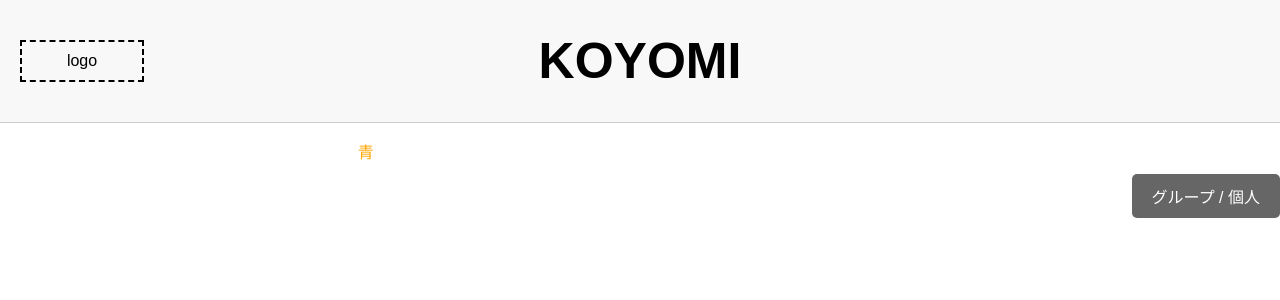
Repository: teramu0602/koyomi
Page: http://localhost/grouplist
The author's editor kept a copy of each file at every save. The page is drawn from the files as they stood at one save, then again after the next save.
The browser window is 1280 px wide. The pictures show the whole page.
Some web fonts or font styles are not loaded; a fallback is used. The page is served by the project's Laravel application, run on PHP 8.4 with Laravel 9. Other server files are loaded and not shown. Style sheets and scripts are compiled from the project's sources, by tool versions that may differ from the author's.

Above is the page before, as saved 2025-02-22 09:47:24.

### routes/web.php
<?php

use Illuminate\Support\Facades\Route;
use App\Http\Controllers\CalendarController;
use App\Http\Controllers\PostController;
use App\Http\Controllers\Auth\LoginController;



/*
|--------------------------------------------------------------------------
| Web Routes
|--------------------------------------------------------------------------
|
| Here is where you can register web routes for your application. These
| routes are loaded by the RouteServiceProvider within a group which
| contains the "web" middleware group. Now create something great!
|
*/

Route::get('/', function () {
    return view('welcome');
});

Route::get('/admin', function () {
    return view('layouts/admin');
});

Route::get('/admin/home', function () {
    return view('calender/home');
});

Route::get('/custom-login', [LoginController::class, 'showLoginForm'])->name('custom.login');
Route::post('/custom-login', [LoginController::class, 'login'])->name('custom.login.submit');
Route::get('/custom-login', function () {
    return view('admin/login');
});

Route::get('/signup', function () {
    return view('admin/signup');
});
Auth::routes();

Route::get('/home', [App\Http\Controllers\HomeController::class, 'index'])->name('home');



Route::get('/calendar', function () {
    return view('calender/calendar');
})->name('calendar');

Route::get('/calendar/{year}/{month}', [CalendarController::class, 'show'])->name('calendar.show');
Route::get('/admin/home/{year}/{month}', [CalendarController::class, 'showAdmin'])->name('calendar.admin.show');

Route::get('/admin/home', [CalendarController::class, 'index']);

Route::get('/grouplist', function () {
    return view('admin/group_list');
});

### resources/views/admin/group_list.blade.php
@extends('layouts.admin_calender')
<head>
<link href="{{ asset('css/common.admin.css') }}" rel="stylesheet">
</head>

@section('content')
<div class = "container">
<button class="switch_button" onclick="toggleMode()">グループ / 個人</button>
</div>
<p class = "purple">青</p>
@endsection

### resources/views/layouts/admin_calender.blade.php
<!DOCTYPE html>
<html lang="{{ app()->getLocale() }}">
    <head>
        <meta charset="utf-8">
        <meta http-equiv="X-UA-Compatible" content="IE=edge">
        <meta name="viewport" content="width=device-width, initial-scale=1">
        <meta name="csrf-token" content="{{ csrf_token() }}">

        <title>@yield('title')</title>

        <script src="{{ asset('js/app.js') }}" defer></script>

        <link rel="dns-prefetch" href="https://fonts.gstatic.com">
        <link href="https://fonts.googleapis.com/css?family=Raleway:300,400,600" rel="stylesheet" type="text/css">

        <link href="{{ asset('css/admin.css') }}" rel="stylesheet">


    </head>

   <header>
        <div class="logo">logo</div>
        <h1 class="service-name">KOYOMI</h1>
        @yield('drop_menu')
    </header>

    <main>
    @yield('content')
    </main>
    <body>
    </body>

</html>

### public/css/common.admin.css
html, body {
    width: 100%;
    margin: 0; /* 不要なマージンを削除 */
    padding: 0; /* 不要なパディングを削除 */
}

button {
    background-color: #666;
    color: white;
    border: none;
    border-radius: 5px;
    cursor: pointer;
    margin-top: 35px;
    font-size: 16px;
    display: flex ;
    justify-content: flex-end ;
    color: red;
  }
button {
    color: red;
    background-color: aquamarine;


}
.purple {
    color: orange;
}

.switch_button{
    display: flex ;
    justify-content: flex-end ;
    float: right;

}
.container {

}

### resources/sass/admin.scss
@charset "UTF-8";
body {
  font-family: Arial, sans-serif;
  text-align: center;
  margin: 0;
  padding: 0;
}

header {
  display: flex;
  justify-content: center;
  align-items: center;
  width: 100%;

  padding: 40px 0px 40px 0px;
  background-color: #f8f8f8;
  border-bottom: 1px solid #ccc;
}

.logo {
  border: 2px dashed black;
  padding: 10px;
  width: 100px;
  text-align: center;
  margin-right: auto;
  margin-left: 20px;
}

.service-name {
  font-size: 50px;
  position: absolute; /* ページ全体に対して中央配置 */
  left: 50%;
  transform: translateX(-50%); /* 画面の中央に配置 */
  text-align: center; /* 中央揃え */
}

main {
  margin-top: 0px;
  background: linear-gradient(to bottom, orange 0%, white 0%);
}

h2 {
  font-size: 22px;
  margin-bottom: 50px;
}

form {
  display: flex;
  flex-direction: column;
  align-items: center;
  gap: 10px;
}

label {
  font-weight: bold;
}

input {
  width: 300px;
  padding: 8px;
  border: 1px solid #ccc;
  border-radius: 4px;
}

button {
  background-color: #666;
  color: white;
  padding: 10px 20px;
  border: none;
  border-radius: 5px;
  cursor: pointer;
  margin-top: 35px;
  font-size: 16px;
}

button:hover {
  background-color: #444;
}

.login-link {
  margin-top: 40px;
  font-size: 14px;
  color: #555;
}

.checkbox {
  margin: 30px;
  display: flex; /* 横並びにする */
  align-items: center;
  margin-right: 170px;
}

.checkbox input[type=checkbox] {
  margin-right: 10px; /* チェックボックスとテキストの間隔 */
}

.remember {
  font-size: 14px;
}

input#remember {
  width: 10px; /* 幅を300pxに設定 */
  height: 20px; /* 高さを13pxに設定 */
}

.checkbox label {
  font-weight: normal;
}

table {
  width: 100%;
  border-collapse: collapse;
}

td {
  border: 1px solid grey;
  text-align: left; /* 左揃え */
  vertical-align: top; /* 上揃え */

  padding: 0px 0px 150px 0px;

}

th {
  background: white;
  text-align: center;
  padding: 10px;
}

.sunday {
  background: pink;
  color: red;
}

.red {
  color: red;
}

.saturday {
  background: pink;
  color: blue;
}

.blue{
  color: blue;
}

.next-month {
  background: #ccc;
  color: #666;
}

.month_toggle {
  text-decoration: none;
  color: black;
}

.nav-item {
  list-style: none;
  margin-right: 20px;
}

.pink {
  color: pink;
  background-color: purple;
}
.prev-month, .next-month {
  background: #ccc;
  color: #666;
}

.switch {
  background-color: orange;
  padding: 0px 0px 35px 0px;
  font-size: 20px;
}

.who {
  background-color: palegoldenrod;
  font-size: 20px;
  margin-right: 400px;
}

.switch_button{
  margin-left: 400px;
}

table {
  width: 80%; /* テーブルの幅を90%に設定 */
  margin-left: auto; /* 左側の空白 */
  margin-right: auto; /* 右側の空白 */
  margin-bottom: 50px;
}

Loaded but not shown: app/Http/Controllers/Auth/ConfirmPasswordController.php (common file); app/Http/Controllers/Controller.php (common file)

After the next save:
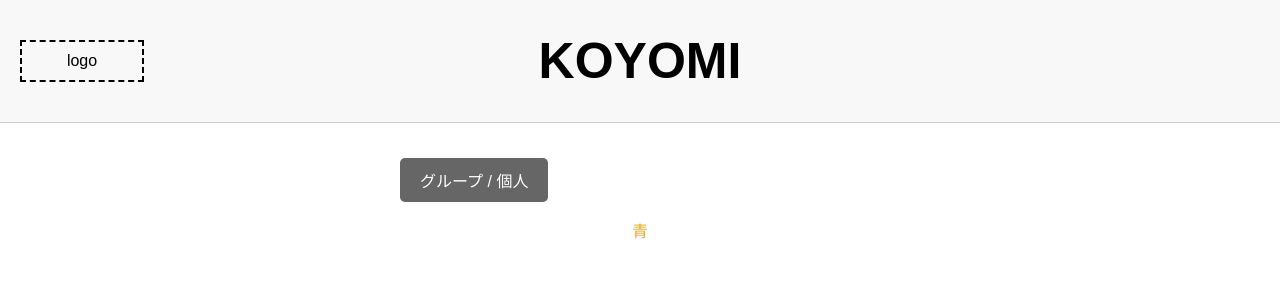
Saved 29 s later.
--- a/public/css/common.admin.css
+++ b/public/css/common.admin.css
@@ -14,7 +14,6 @@ button {
     font-size: 16px;
     display: flex ;
     justify-content: flex-end ;
-    color: red;
   }
 button {
     color: red;
@@ -29,7 +28,7 @@ button {
 .switch_button{
     display: flex ;
     justify-content: flex-end ;
-    float: right;
+
 
 }
 .container {
